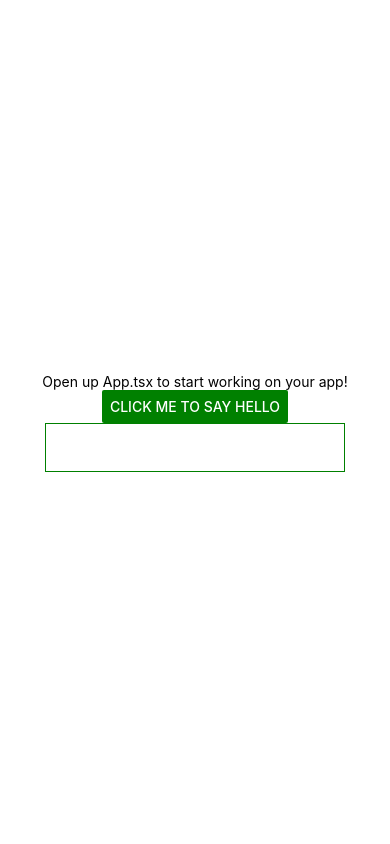
Repository: duongnoob23/WIND_SPEED_IOT
Screen: /Home
The author's editor kept a copy of each file at every save. The screen is drawn from the files as they stood at one save, then again after the next save.
The app was drawn by React Native's web renderer in a window 390 px wide. The project was rebuilt for these pictures with package versions that can differ from the ones it lists, and the page was loaded fresh each time.

Above is the screen before, as saved 2025-03-10 15:38:15.

After the next save:
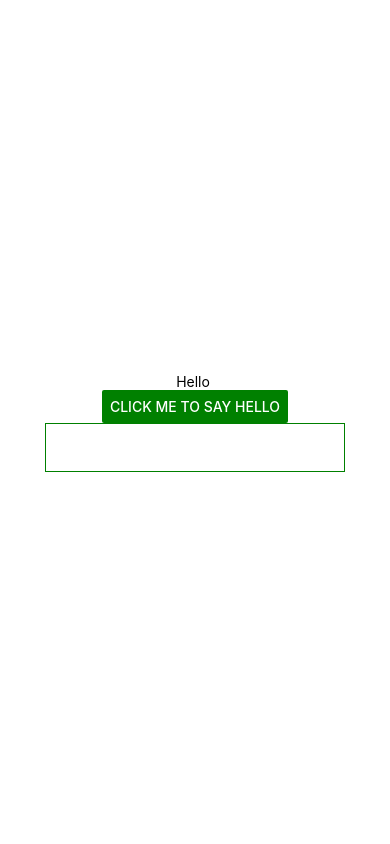
Saved 18 s later.
--- a/App.tsx
+++ b/App.tsx
@@ -12,7 +12,7 @@ export default function App() {
   console.log(">>> check count", count);
   return (
     <View style={css.frontEnd}>
-      <Text>Open up App.tsx to start working on your app!</Text>
+      <Text>Hello {name}</Text>
       <StatusBar style="auto" />
       <Button
         title="Click me to say hello"
